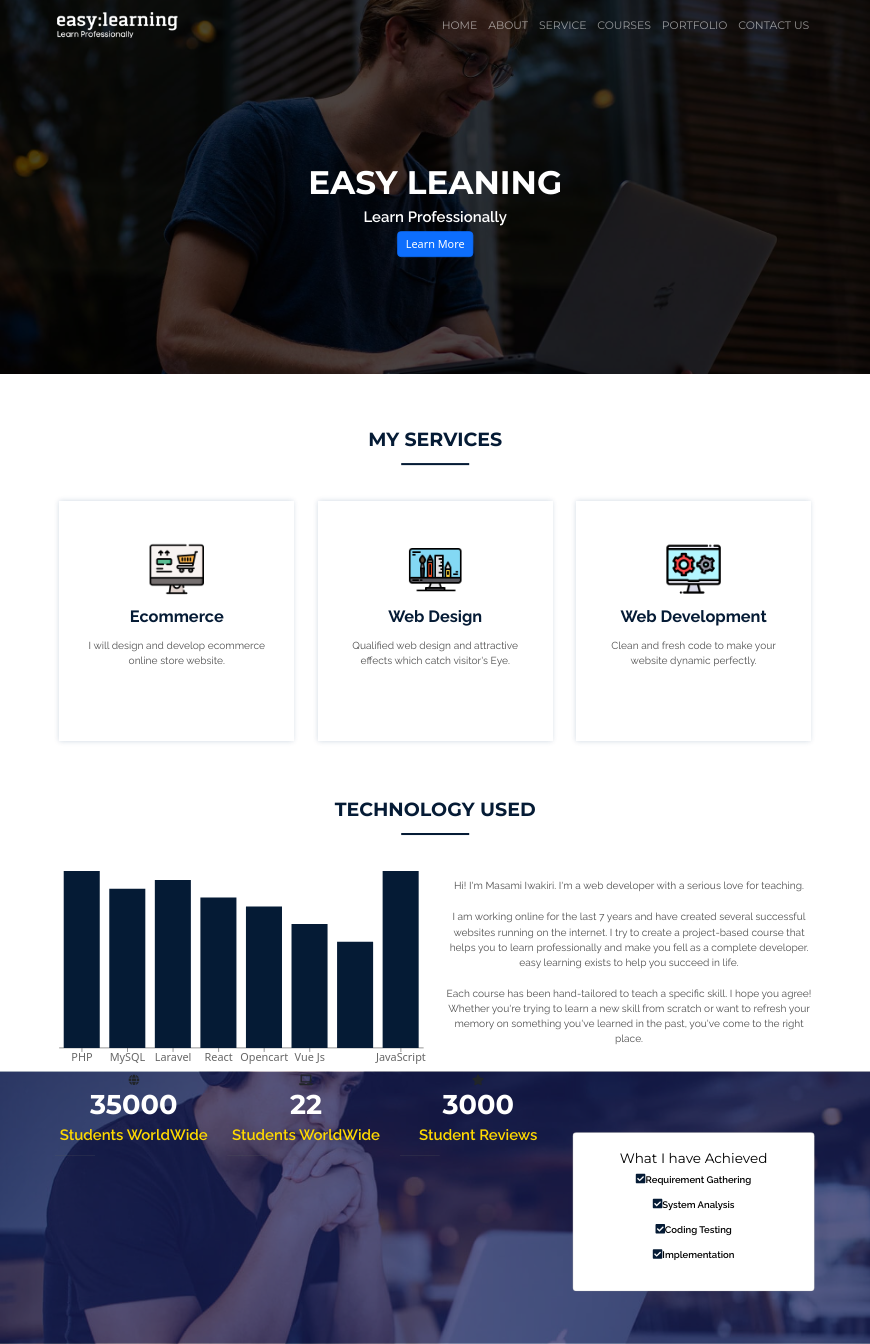
Repository: masamichan/free_video_app
Page: /
An editor plug-in stored every save of this project. The page is shown before and after the next save, followed by the edit.
The browser window is 1280 px wide. The pictures show the whole page, at 68% of full size.
Backgrounds fixed to the window are drawn as part of the page. The project was rebuilt for these pictures with package versions that can differ from the ones it lists, and the page was loaded fresh each time.

Above is the page before, as saved 2023-01-31 11:58:28.

### public/index.html
<!DOCTYPE html>
<html lang="en">
  <head>
    <meta charset="utf-8" />
    <link rel="icon" href="%PUBLIC_URL%/icon.png" />
    <meta name="viewport" content="width=device-width, initial-scale=1" />
    <meta name="theme-color" content="#000000" />
    <meta
      name="description"
      content="Web site created using create-react-app"
    />

    <link rel="manifest" href="%PUBLIC_URL%/manifest.json" />

    <link rel="preconnect" href="https://fonts.googleapis.com">
    <link rel="preconnect" href="https://fonts.gstatic.com" crossorigin>
    <link
      href="https://fonts.googleapis.com/css2?family=Montserrat:wght@400;700;800&family=Raleway:wght@300;400;600;700&display=swap"
      rel="stylesheet">

    <title>Easy Leaning</title>
  </head>
  <body>
    <noscript>You need to enable JavaScript to run this app.</noscript>
    <div style="width: 100%;" id="root"></div>

  </body>
</html>

### src/App.js
import React from "react";
import Analysis from "./components/Analysis/Analysis";
import Services from "./components/Services/Services";
import Summary from "./components/Summary/Summary";
import { TopBanner } from "./components/TopBanner/TopBanner";
import TopNavigation from "./components/TopNavigation/TopNavigation";
import "./asset/css/bootstrap.min.css";

function App() {
  return (
    <div>
      <TopNavigation />
      <TopBanner />
      <Services />
      <Analysis />
      <Summary />
    </div>
  );
}

export default App;

### src/components/Analysis/Analysis.jsx
import React, { Component, Fragment } from "react";
import { Col, Container, Row } from "react-bootstrap";
import { Bar, BarChart, ResponsiveContainer, Tooltip, XAxis } from "recharts";
class Analysis extends Component {
  constructor() {
    super();
    this.state = {
      data: [
        { Technology: "PHP", Projects: 100 },
        { Technology: "MySQL", Projects: 90 },
        { Technology: "Laravel", Projects: 95 },
        { Technology: "React", Projects: 85 },
        { Technology: "Opencart", Projects: 80 },
        { Technology: "Vue Js", Projects: 70 },
        { Technology: "Django", Projects: 60 },
        { Technology: "JavaScript", Projects: 100 },
      ],
    };
  }

  render() {
    var blue = "#051b35";
    return (
      <Fragment>
        <Container className="text-center">
          <h1 className="serviceMainTitle">TECHNOLOGY USED</h1>
          <div className="bottom"></div>
          <Row>
            <Col
              style={{ width: "100", height: "300px" }}
              lg={6}
              md={12}
              sm={12}
            >
              <ResponsiveContainer>
                <BarChart width={100} height={300} data={this.state.data}>
                  <XAxis dataKey="Technology" />
                  <Tooltip />
                  <Bar dataKey="Projects" fill={blue}></Bar>
                </BarChart>
              </ResponsiveContainer>
            </Col>

            <Col lg={6} md={12} sm={12}>
              <p className="text-justify serviceDescription">
                Hi! I'm Masami Iwakiri. I'm a web developer with a serious love
                for teaching. <br></br>
                <br></br>I am working online for the last 7 years and have
                created several successful websites running on the internet. I
                try to create a project-based course that helps you to learn
                professionally and make you fell as a complete developer. easy
                learning exists to help you succeed in life.<br></br>
                <br></br>
                Each course has been hand-tailored to teach a specific skill. I
                hope you agree! Whether you're trying to learn a new skill from
                scratch or want to refresh your memory on something you've
                learned in the past, you've come to the right place.
              </p>
            </Col>
          </Row>
        </Container>
      </Fragment>
    );
  }
}
export default Analysis;

### src/components/Services/Services.jsx
import React, { Component, Fragment } from "react";
import { Col, Container, Row } from "react-bootstrap";
import designIcon from "../../asset/image/design.png";
import ecommerceIcon from "../../asset/image/ecommerce.png";
import webIcon from "../../asset/image/web.png";

export class Services extends Component {
  render() {
    return (
      <Fragment>
        <Container className="text-center">
          <h1 className="serviceMainTitle">MY SERVICES</h1>
          <div className="bottom"></div>
          <Row>
            <Col lg={4} md={6} sm={12}>
              <div className="serviceCard text-center">
                <img className="ecommerceIcon" src={ecommerceIcon} />
                <h2 className="serviceName">Ecommerce</h2>
                <p className="serviceDescription">
                  I will design and develop ecommerce online store website.
                </p>
              </div>
            </Col>
            <Col lg={4} md={6} sm={12}>
              <div className="serviceCard text-center">
                <img className="designIcon" src={designIcon} />
                <h2 className="serviceName">Web Design</h2>
                <p className="serviceDescription">
                  Qualified web design and attractive effects which catch
                  visitor's Eye.
                </p>
              </div>
            </Col>
            <Col lg={4} md={6} sm={12}>
              <div className="serviceCard text-center">
                <img className="webIcon" src={webIcon} />
                <h2 className="serviceName">Web Development</h2>
                <p className="serviceDescription">
                  Clean and fresh code to make your website dynamic perfectly.
                </p>
              </div>
            </Col>
          </Row>
        </Container>
      </Fragment>
    );
  }
}

export default Services;

### src/components/Summary/Summary.jsx
import { FontAwesomeIcon } from "@fortawesome/react-fontawesome";
import React, { Component, Fragment } from "react";
import { Card, Col, Container, Row } from "react-bootstrap";
import { faCheckSquare } from "@fortawesome/free-solid-svg-icons";
import { faGlobe } from "@fortawesome/free-solid-svg-icons";
import { faLaptop } from "@fortawesome/free-solid-svg-icons";
import { faStar } from "@fortawesome/free-solid-svg-icons";
export class Summary extends Component {
  render() {
    return (
      <Fragment>
        <Container fluid={true} className="summaryBanner p-0">
          <div className="summaryBannerOverlay">
            <Container className="text-center">
              <Row>
                <Col lg={8} md={6} sm={12}>
                  <Row className="countSection">
                    <Col>
                      <FontAwesomeIcon className="iconProject" icon={faGlobe} />
                      <h1 className="countNumber">35000</h1>
                      <h4 className="countTitle">Students WorldWide</h4>
                      <hr className="bg-white w-25" />
                    </Col>
                    <Col>
                      <FontAwesomeIcon icon={faLaptop} />
                      <h1 className="countNumber">22</h1>
                      <h4 className="countTitle">Students WorldWide</h4>
                      <hr className="bg-white w-25" />
                    </Col>
                    <Col>
                      <FontAwesomeIcon icon={faStar} />
                      <h1 className="countNumber">3000</h1>
                      <h4 className="countTitle">Student Reviews</h4>
                      <hr className="bg-white w-25" />
                    </Col>
                  </Row>
                </Col>
                <Col lg={4} md={6} sm={12}>
                  <Card className="workCard">
                    <Card.Body>
                      <Card.Title className="cardTitle">
                        What I have Achieved
                      </Card.Title>
                      <Card.Text>
                        <p className="cardSubTitle text-justify">
                          <FontAwesomeIcon
                            className="iconBullent"
                            icon={faCheckSquare}
                          />
                          Requirement Gathering
                        </p>
                        <p className="cardSubTitle text-justify">
                          <FontAwesomeIcon
                            className="iconBullent"
                            icon={faCheckSquare}
                          />
                          System Analysis
                        </p>
                        <p className="cardSubTitle text-justify">
                          <FontAwesomeIcon
                            className="iconBullent"
                            icon={faCheckSquare}
                          />
                          Coding Testing
                        </p>
                        <p className="cardSubTitle text-justify">
                          <FontAwesomeIcon
                            className="iconBullent"
                            icon={faCheckSquare}
                          />
                          Implementation
                        </p>
                      </Card.Text>
                    </Card.Body>
                  </Card>
                </Col>
              </Row>
            </Container>
          </div>
        </Container>
      </Fragment>
    );
  }
}

export default Summary;

### src/components/TopBanner/TopBanner.jsx
import React, { Component, Fragment } from "react";
import { Button, Col, Container, Row } from "react-bootstrap";

export class TopBanner extends Component {
  render() {
    return (
      <Fragment>
        <Container fluid={true} className="topFixedBanner p-0">
          <div className="topBannerOverlay">
            <Container className="topContent">
              <Row>
                <Col className="text-center">
                  <h1 className="topTitle">EASY LEANING</h1>
                  <h4 className="topSubTitle">Learn Professionally</h4>
                  <Button variant="primary">Learn More</Button>
                </Col>
              </Row>
            </Container>
          </div>
        </Container>
      </Fragment>
    );
  }
}

export default TopBanner;

### src/components/TopNavigation/TopNavigation.jsx
import React, { Component, Fragment } from "react";
import { Nav, Navbar, NavDropdown } from "react-bootstrap";
import { Container } from "react-bootstrap";
import whiteLogo from "../../asset/image/logo_white.png";
import blackLogo from "../../asset/image/logo_black.png";
import "../../asset/css/custom.css";
import "../../asset/css/bootstrap.min.css";

export class TopNavigation extends Component {
  constructor() {
    super();
    this.state = {
      navBarTitle: "navTitle",
      navBarLogo: [whiteLogo],
      navBarBack: "navBackground",
      navBarItem: "navItem",
    };
  }

  onScroll = () => {
    if (window.scrollY > 100) {
      this.setState({
        navBarTitle: "navTitleScroll",
        navBarLogo: [blackLogo],
        navBarBack: "navBackgroundScroll",
        navBarItem: "navItemScroll",
      });
    } else if (window.scrollY < 100) {
      this.setState({
        navBarTitle: "navTitle",
        navBarLogo: [whiteLogo],
        navBarBack: "navBackground",
        navBarItem: "navItem",
      });
    }
  };

  componentDidMount() {
    window.addEventListener("scroll", this.onScroll);
  }

  render() {
    return (
      <Fragment>
        <Navbar
          className={this.state.navBarBack}
          collapseOnSelect
          fixed="top"
          expand="lg"
          variant="dark"
        >
          <Container>
            <Navbar.Brand className={this.state.navBarTitle} href="#home">
              <img src={this.state.navBarLogo} />
            </Navbar.Brand>
            <Navbar.Toggle aria-controls="responsive-navbar-nav" />
            <Navbar.Collapse id="responsive-navbar-nav">
              <Nav className="me-auto"></Nav>
              <Nav>
                <Nav.Link className={this.state.navBarItem} href="#deets">
                  HOME
                </Nav.Link>
                <Nav.Link className={this.state.navBarItem} href="#deets">
                  ABOUT
                </Nav.Link>
                <Nav.Link className={this.state.navBarItem} href="#deets">
                  SERVICE
                </Nav.Link>
                <Nav.Link className={this.state.navBarItem} href="#deets">
                  COURSES
                </Nav.Link>
                <Nav.Link className={this.state.navBarItem} href="#deets">
                  PORTFOLIO
                </Nav.Link>
                <Nav.Link className={this.state.navBarItem} href="#deets">
                  CONTACT US
                </Nav.Link>
              </Nav>
            </Navbar.Collapse>
          </Container>
        </Navbar>
      </Fragment>
    );
  }
}

export default TopNavigation;

### src/asset/css/custom.css
.topFixedBanner {
  background-image: url("../image/banner.jpg");
  min-height: 550px;
  background-attachment: fixed;
  background-position: center;
  background-repeat: no-repeat;
  background-size: cover;
}
.topBannerOverlay {
  position: absolute;
  min-height: 550px;
  width: 100%;
  background: rgb(0, 0, 0, 0.7);
}

.topContent {
  margin-top: 15em;
}

.topTitle {
  font-family: "Montserrat", sans-serif;
  font-weight: 700;
  color: #ffffff;
  font-size: 48px;
}

.topSubTitle {
  font-family: "Raleway", sans-serif;
  font-weight: 600;
  color: #ffffff;
  font-size: 22px;
}

.ecommerceIcon {
  height: 80px;
  width: 80px;
}

.designIcon {
  height: 80px;
  width: 80px;
}

.webIcon {
  height: 80px;
  width: 80px;
}

.serviceCard {
  margin: 5px 5px 5px 5px;
  height: 22rem;
  padding: 60px 30px 60px 30px;
  box-shadow: 0 0 8px 0 rgb(4, 55, 105, 0.2);
}

.serviceCard:hover {
  margin: 5px 5px 5px 5px;
  height: 22rem;
  padding: 60px 30px 60px 30px;
  box-shadow: 0 0 16px 0 rgb(4, 55, 105, 0.2);
}

.serviceName {
  color: #051b35;
  margin-top: 1rem;
  font-family: "Raleway", sans-serif;
  font-size: 24px;
  font-weight: 700;
}

.serviceDescription {
  color: #505050;
  margin-top: 1rem;
  font-family: "Raleway", sans-serif;
  font-size: 15px;
  font-weight: 400;
}

.serviceMainTitle {
  color: #051b35;
  margin-top: 5rem;
  margin-bottom: 3rem;
  font-family: "Montserrat", sans-serif;
  font-weight: 700;
  font-size: 28px;
}

.bottom {
  background: #051b35 none repeat scroll 0 0;
  height: 3px;
  width: 100px;
  margin: -1.9rem auto 0;
  margin-bottom: 3rem;
}

.navTitle {
  font-family: "Montserrat", sans-serif;
  color: #ffffff !important;
  font-weight: 700;
  font-size: 30px;
}

.navTitleScroll {
  font-family: "Montserrat", sans-serif;
  color: #051b35 !important;
  font-weight: 700;
  font-size: 30px;
}

.navBackground {
  -webkit-transition: background-color 400ms linear;
  -moz-transition: background-color 400ms linear;
  -o-transition: background-color 400ms linear;
  transition: background-color 400ms linear;
  background-color: rgba(00, 00, 00, 0) !important;
}

.navBackgroundScroll {
  -webkit-transition: background-color 400ms llinear;
  -moz-transition: background-color 400ms linear;
  -o-transition: background-color 400ms linear;
  transition: background-color 400ms linear;
  background-color: #ffffff;
  box-shadow: 0 0 8px 0 rgba(0, 115, 230, 0.3);
}

.navItem {
  text-decoration: none !important;
  font-family: "Montserrat", sans-serif;
  color: #ffffff;
  font-weight: 700;
  font-size: 16px;
}

.navItemScroll {
  text-decoration: none !important;
  font-family: "Montserrat", sans-serif;
  color: #000000 !important;
  font-weight: 700;
  font-size: 16px;
}
.summaryBanner {
  background-image: url("../image/summary.jpg");
  min-height: 400px;
  background-attachment: fixed;
  background-position: center;
  background-repeat: no-repeat;
  background-size: cover;
}
.summaryBannerOverlay {
  position: absolute;
  min-height: 400px;
  width: 100%;
  background: rgba(27, 31, 92, 0.7);
}
.countNumber {
  color: #ffffff;
  font-family: "Montserrat", sans-serif;
  font-weight: 700;
  font-size: 40px;
}
.countTitle {
  color: #ffd900;
  font-family: "Raleway", sans-serif;
  font-weight: 600;
  font-size: 22px;
}
.countSection {
  margin-top: 20%;
}
.cardTitle {
  color: #000000;
  font-family: "Montserrat", sans-serif;
  font-weight: 700;
  font-size: 15px;
}
.cardSubTitle {
  color: #000000;
  font-family: "Raleway", sans-serif;
  font-weight: 600;
  font-size: 14px;
}

.workCard {
  margin-top: 25%;
  padding: 10px 10px 10px 10px;
  border-radius: 3px;
}

.iconBullent {
  color: #051b35;
  font-size: 16px;
}

Loaded but not shown: src/index.js (common file); src/asset/css/bootstrap.min.css (library)

After the next save:
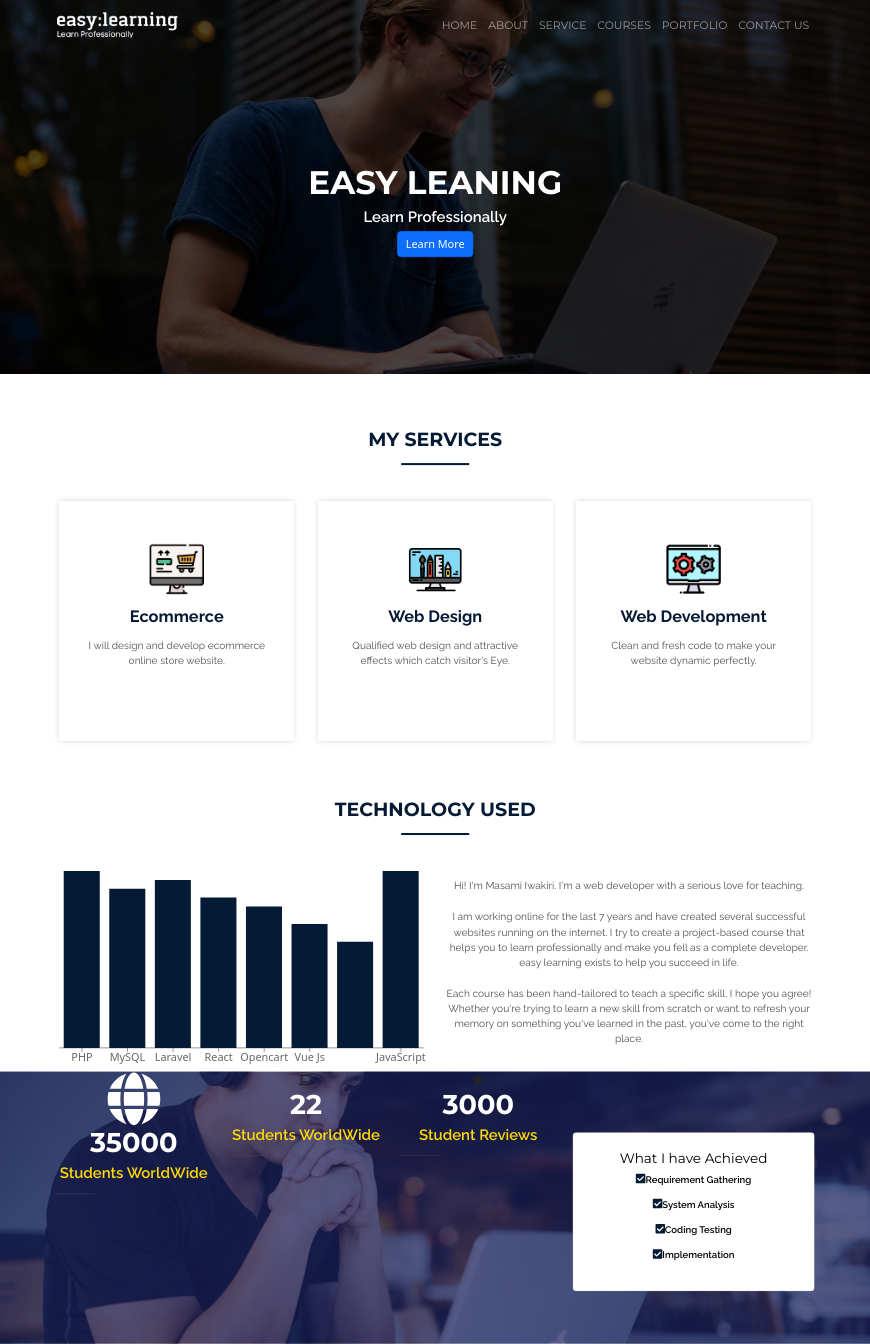
Saved 35 s later.
--- a/src/asset/css/custom.css
+++ b/src/asset/css/custom.css
@@ -191,3 +191,8 @@
   color: #051b35;
   font-size: 16px;
 }
+
+.iconProject {
+  color: #ffffff;
+  font-size: 80px;
+}
